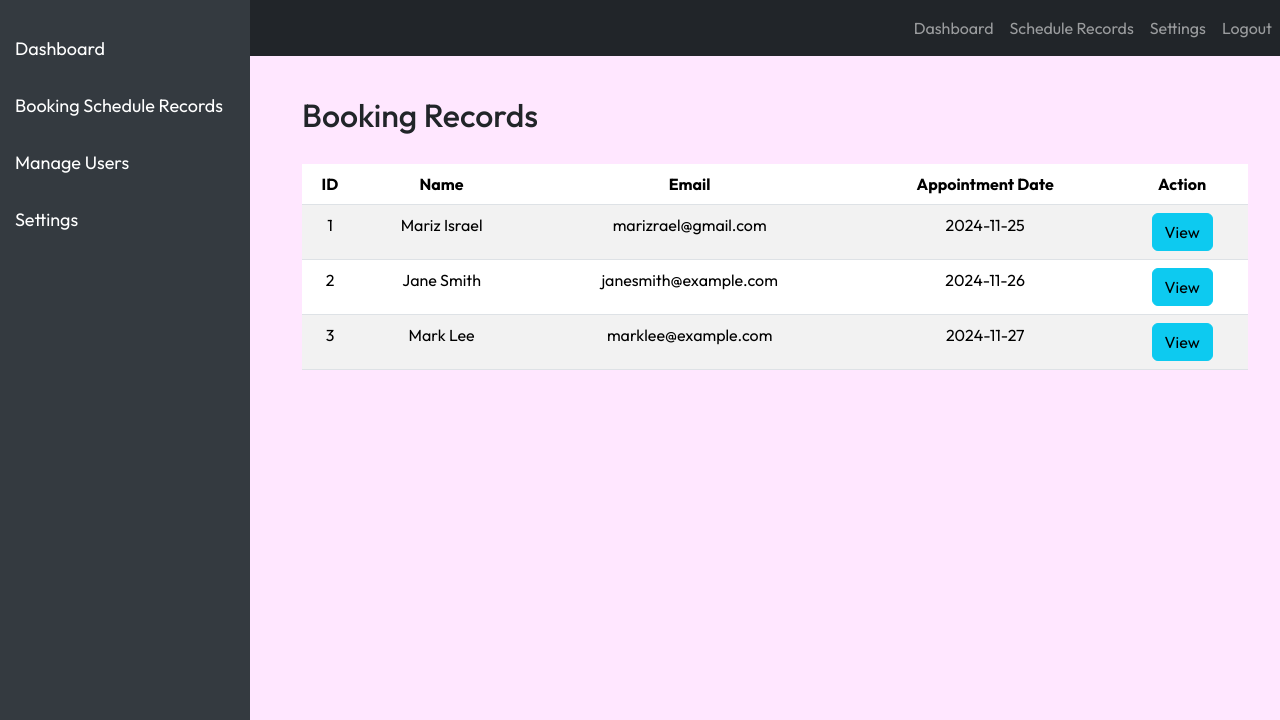
Repository: MeekSharkdev/SoleHub-School-Proj
Page: http://localhost/pages/user.php
An editor plug-in stored every save of this project. The page is shown before and after the next save, followed by the edit.
The browser window is 1280 px wide. The pictures show the whole page.
Some web fonts or font styles are not loaded; a fallback is used. The page is run by PHP 8.4 with error messages shown; the project is at /var/www/html/.

Above is the page before, as saved 2024-11-26 19:37:02.
Not found: pages/styles.css

### pages/user.php
<!DOCTYPE html>
<html lang="en">

<head>
  <meta charset="UTF-8">
  <meta name="viewport" content="width=device-width, initial-scale=1.0">
  <title>Solehub Admin Dashboard</title>
  <link rel="icon" type="image/x-icon" href="../asset/img/SOLEHUBS.png">
  <link href="https://cdn.jsdelivr.net/npm/bootstrap@5.3.2/dist/css/bootstrap.min.css" rel="stylesheet">
  <link rel="stylesheet" href="https://cdnjs.cloudflare.com/ajax/libs/font-awesome/6.5.1/css/all.min.css">
  <link rel="stylesheet" href="../asset/css/home.css">
  <link rel="stylesheet" href="styles.css?v=1.0.1">
  <style>
    @import url('https://fonts.googleapis.com/css2?family=Outfit:wght@100..900&family=Unbounded:wght@200..900&display=swap');
    body {
      font-family: 'Outfit', sans-serif;
    }
    .navbar {
      margin-bottom: 20px;
    }
    .sidebar {
      height: 100%;
      width: 250px;
      position: fixed;
      top: 0;
      left: 0;
      background-color: #343a40;
      padding-top: 20px;
    }
    .sidebar a {
      color: white;
      padding: 15px;
      text-decoration: none;
      font-size: 18px;
      display: block;
    }
    .sidebar a:hover {
      background-color: #575d63;
    }
    .main-content {
      margin-left: 270px;
      padding: 20px;
    }
    .table-responsive {
      margin-top: 30px;
    }
    .table th, .table td {
      text-align: center;
    }
    .container-img {
      text-align: center;
    }
  </style>
</head>

<body>
  <!-- Navigation Bar -->
  <nav class="navbar navbar-expand-lg navbar-dark bg-dark">
    <a class="navbar-brand" href="#">SoleHub Admin</a>
    <button class="navbar-toggler" type="button" data-bs-toggle="collapse" data-bs-target="#navbarNav" aria-controls="navbarNav" aria-expanded="false" aria-label="Toggle navigation">
      <span class="navbar-toggler-icon"></span>
    </button>
    <div class="collapse navbar-collapse" id="navbarNav">
      <ul class="navbar-nav ms-auto">
        <li class="nav-item">
          <a class="nav-link" href="#">Dashboard</a>
        </li>
        <li class="nav-item">
          <a class="nav-link" href="#">Schedule Records</a>
        </li>
        <li class="nav-item">
          <a class="nav-link" href="#">Settings</a>
        </li>
        <li class="nav-item">
          <a class="nav-link" href="#">Logout</a>
        </li>
      </ul>
    </div>
  </nav>

  <!-- Sidebar -->
  <div class="sidebar">
    <a href="#">Dashboard</a>
    <a href="#">Booking Schedule Records</a>
    <a href="#">Manage Users</a>
    <a href="#">Settings</a>
  </div>

  <!-- Main Content -->
  <div class="main-content">
    <div class="container">
      <h2>Booking Records</h2>
      <div class="table-responsive">
        <table class="table table-striped">
          <thead>
            <tr>
              <th>ID</th>
              <th>Name</th>
              <th>Email</th>
              <th>Appointment Date</th>
              <th>Action</th>
            </tr>
          </thead>
          <tbody>
            <tr>
              <td>1</td>
              <td>Mariz Israel</td>
              <td>marizrael@gmail.com</td>
              <td>2024-11-25</td>
              <td><button class="btn btn-info">View</button></td>
            </tr>
            <tr>
              <td>2</td>
              <td>Jane Smith</td>
              <td>janesmith@example.com</td>
              <td>2024-11-26</td>
              <td><button class="btn btn-info">View</button></td>
            </tr>
            <tr>
              <td>3</td>
              <td>Mark Lee</td>
              <td>marklee@example.com</td>
              <td>2024-11-27</td>
              <td><button class="btn btn-info">View</button></td>
            </tr>
          </tbody>
        </table>
      </div>
    </div>
  </div>

  <!-- Bootstrap JS -->
  <script src="https://cdn.jsdelivr.net/npm/bootstrap@5.3.2/dist/js/bootstrap.bundle.min.js"></script>
</body>

</html>

### asset/css/home.css
/* Google Font */
@import url("https://fonts.googleapis.com/css2?family=Poppins:wght@300;400;500;600;700&display=swap");
@import url('https://fonts.googleapis.com/css2?family=Outfit:wght@100..900&family=Unbounded:wght@200..900&display=swap');

/* Base css */
* {
  margin: 0;
  padding: 0;
  box-sizing: border-box;
}

:root {
    --color-primary: #364b6e;
    --color-white: #f5f7fa;
    --color-accent: #1a212f;
    --color-default:#7693ba;
    --bg-color:#cfd8e8;
    --hover-color:#415d88;
    --active-color:#364b6e;
    --font-color-text:#565360;
    --font-color-label:#908E9b;
    --font-family-header:'unbounded',sans-serif;
    --font-family-text:'poppins',sans-serif;
    --font-size-base: 18px;
    --font-size-large: 20px;
    --spacing-medium: 10px;
    --border-radius: 300px;
    --transition-fast: 0.2s ease-in-out;
}

.btn a {
    display: inline-block;
    justify-content: flex-start;
    background-color: var(--color-primary);
    color: var(--color-white);
    padding: var(--spacing-medium) var(--spacing-medium);
    font-size: 18px;
    text-decoration: none;
    border-radius: var(--border-radius);
    transition: background-color var(--transition-fast), transform var(--transition-fast);
    text-align: center;
    width: 150px;
    margin-left: -13px;
    margin-top: 15  px;
}

.btn a:hover {
    background-color: var(--color-accent);
    transform: scale(1.05);
}

.welcome-users {
    margin-top: 100px;
    font-size: 20px;
    color: var(--color-primary);
    margin-left: 4rem;
}

html {
  scroll-behavior: smooth;
  height: 0;
}

body {
  font-family: "Poppins", sans-serif;
  background: #ffe7ff;
  position: relative;
}

/* landing area CSS start */

/* landing area CSS end */

.clip{
  margin-top: 10em;
}

.clip-title h2{
  font-weight: lighter;
  font-size: 2rem;
  margin-left: 8px;
}

/* Brand Section Start */
.brand-section {
  padding: 70px 0;
  margin-top: 10em;
}

.brand-section .heading {
  position: relative;
}

.brand-section .heading::before {
  position: absolute;
  content: "";
  top: 100%;
  left: 50%;
  width: 5%;
  height: 3px;
  background: var(--color-primary);
  transform: translate(-50%, -50%);
  transition: 0.4s all ease-in-out;
  border-radius: 20px;
}

.brand-section:hover .heading::before {
  width: 15%;
  height: 5px;
}

.brand-section .heading h2 {
  font-weight: 300;
  text-align: center;
}

.brand-text h2 {
  font-size: 32px;
  font-weight: 500;
  font-family: var(--font-family-header);
}

.brand-text p {
  line-height: 1.8;
  word-spacing: 5px;
  width: fit-content;
  text-align: justify;
  margin-right: 20px;
  font-size: 18px;
  color: var(--font-color-text);
}

.brand-img img {
  border-radius: 10px 10px 100px 10px;
}
/* Brand Section End */

section.clip {
    width: 100%;
    height: auto;
}

.clip-title {
  font-size: 40px;
  font-weight: 300;
  margin-left: 6rem;
}

/* Shop Section Start */
.shop-section {
  margin-top: 10em;
}

.shop-section .heading {
  position: relative;
}

.shop-section .heading::before {
  position: absolute;
  content: "";
  top: 110%;
  left: 50%;
  width: 5%;
  height: 3px;
  background: var(--color-primary);
  transform: translate(-50%, -50%);
  transition: 0.4s all ease-in-out;
  border-radius: 20px;
}

.shop-section:hover .heading::before {
  width: 15%;
  height: 5px;
}

.shop-section .heading h2 {
  font-weight: 300;
  text-align: center;
}

.shop-section .card {
  -webkit-transition: all ease-in-out 0.2s;
  transition: all ease-in-out 0.2s;
  margin-bottom: 40px;
  border-radius: 16px;
  background: #e0e0e0;
  box-shadow:  11px 11px 19px #c7c7c7,
              -11px -11px 19px #f9f9f9;
}

.shop-section .card:hover {
  -webkit-box-shadow: 0 4px 8px 0 rgba(0, 0, 0, 0.2),
    0 6px 20px 0 rgba(0, 0, 0, 0.19);
  box-shadow: 0 4px 8px 0 rgba(0, 0, 0, 0.2), 0 6px 20px 0 rgba(0, 0, 0, 0.19);
  transform: scale(1.03);
}

.shop-section .card-content {
  background-color: transparent;
}

.shop-section .card-img {
  width: 100%;
  object-fit: cover;
}

.shop-section .card-img img {
  border-radius: 4px;
  height: 300px;
  width: 100%;
  object-fit: cover;
}

.shop-section .card-text {
  margin-top: 16px;
  margin-left: 8px;
  padding: 15px;
}

.shop-section .card-text h1 {
  font-size: 22px;
  font-weight: 400;
  margin: 0;
  white-space: nowrap;
  overflow: hidden;
  text-overflow: ellipsis;
  margin-bottom: 10px;
}

.shop-section .card-text h3 {
  font-size: 22px;
  color: var(--color-accent);
  margin: 0;
  padding: 5px 0;
  font-weight: normal;
  margin-top: 15px;
}

.shop-section .card-text h2 {
  font-style: italic;
  color: #ed6e34;
  font-family: var(--font-family-text);
  font-size: small;
}

.shop-section .card-text h5{
  color: var(--font-color-label);
  font-family: var(--font-family-text);
  font-size: medium;
  text-decoration: line-through;
  font-style: italic;
}

.shop-section .card-text p {
  color: var(--font-color-text);
  margin: 0;
  padding-bottom: 16px;
}

.shop-section .card-text a {
  background: #fff;
  color: #252525;
  outline: 1px solid var(--color-default);
  padding: 8px 20px;
  border-radius: 20px;
  display: inline-block;
  transition: all ease-in-out 0.2s;
  text-decoration: none;
  font-size: 15px;
  margin-bottom: 15px;
}

.shop-section .card-text a:hover {
  background: var(--color-accent);
  outline: 1px solid var(--active-color);
  color: #fff;
}
/* Shop Section End */

/* Reviews Section Start */
.review-section {
  padding: 50px 0;
  margin-top: 10em;
}

.review-section .heading {
  position: relative;
}

.review-section .heading::before {
  position: absolute;
  content: "";
  top: 110%;
  left: 50%;
  width: 5%;
  height: 3px;
  background: var(--color-primary);
  transform: translate(-50%, -50%);
  transition: 0.4s all ease-in-out;
  border-radius: 20px;
}

.review-section:hover .heading::before {
  width: 15%;
  height: 5px;
}

.review-section .heading h2 {
  font-weight: 300;
  text-align: center;
}

.review-section .review-content {
  padding: 16px;
  box-shadow: 0px 12px 12px -5px rgba(0,0,0,0.75);
  border-radius: 8px;
  -webkit-transition: all 0.2s ease-in-out;
  transition: all 0.2s ease-in-out;
}

.review-section .review-content:hover {
  -webkit-box-shadow: 0 4px 8px 0 rgba(0, 0, 0, 0.2),
    0 6px 20px 0 rgba(0, 0, 0, 0.19);
  box-shadow: 0 4px 8px 0 rgba(0, 0, 0, 0.2), 0 6px 20px 0 rgba(0, 0, 0, 0.19);
  transform: scale(1.01);
}

.review-section .review-content:hover .review-img {
  box-shadow: 0 10px 25px rgba(0, 0, 0, 0.25);
}

.review-section .review-content:hover .review-text {
  box-shadow: 0 10px 25px rgba(0, 0, 0, 0.25);
}

.review-section .review-img {
  width: 150px;
  height: 150px;
  border-radius: 50%;
  margin: 0 auto;
  -webkit-transition: all 0.2s ease-in-out;
  transition: all 0.2s ease-in-out;
}

.review-section .review-img img {
  width: 150px;
  height: 150px;
  border-radius: 50%;
}

.review-section .review-text {
  padding: 24px;
  text-align: center;
  background: var(--color-white);
  margin: -10px 0 0 0;
  border-radius: 8px;
  -webkit-transition: all 0.2s ease-in-out;
  transition: all 0.2s ease-in-out;
  background: var(--bg-color);
}

.review-section .review-text h5 {
  font-size: 24px;
  font-weight: 600;
}

.review-section .review-text h6 {
  font-size: 16px;
  font-weight: 600;
  color: var(--font-color-label);
}

.review-section .review-text p {
  margin-top: 14px;
}

.review-section .rating .fas {
  color: rgb(253, 180, 42);
}

/* Reviews Section End */
.b-membership {
  padding: 30px 30px;
  text-align: center;
  background-color: #ede734;
  font-weight: bold;
  margin-top: 5em;
}

.m-signup a {
  background-color: black;
  color: white;
  padding: 13px;
  border-radius: 5px;
  font-weight: 300;
  margin-left: 10px;
  font-size: 14px;
  text-decoration: none;
}

.m-signup a:hover {
  color: #ede734;
}

.b-membership button {
  margin-left: 20px;
  padding-left: 5px;
  background-color: #ede734;
  border: none;
  transition: transform 0.3s ease-in-out;
  cursor: pointer;
}

.b-membership button:hover {
  transform: scale(1.1);
}

/* Contact Section Start */

.contact-section {
  padding: 50px 0;
  margin-top: 10em;
}

.contact-section .heading {
  position: relative;
}

.contact-section .heading::before {
  position: absolute;
  content: "";
  top: 110%;
  left: 50%;
  width: 5%;
  height: 3px;
  background: var(--color-primary);
  transform: translate(-50%, -50%);
  transition: 0.4s all ease-in-out;
  border-radius: 20px;
}

.contact-section:hover .heading::before {
  width: 15%;
  height: 5px;
}

.contact-section .heading h2 {
  font-weight: 300;
  text-align: center;
}

.contact-section .contact-text h2 {
  font-weight: 300;
}

.contact-section .contact-text p {
  font-weight: normal;
  padding: 16px 0;
  text-align: justify;
}

.contact-section .social-link {
  display: flex;
  justify-content: space-around;
}

.contact-section .social-link i {
  font-size: 24px;
  cursor: pointer;
  height: 40px;
  width: 40px;
  line-height: 40px;
  text-align: center;
  border: 1px solid var(--color-primary);
  border-radius: 5px;
  transition: all 0.2s ease-in-out;
}

.contact-section .social-link i:hover {
  transform: scale(1.1);
  color: var(--color-primary);
}

.contact-section form h2 {
  text-align: end;
  font-weight: bold;
}

.contact-section form input:focus {
  outline: none;
  box-shadow: none;
  border: 1px solid var(--color-primary);
}

.contact-section form button {
  background-color: transparent;
  border: 1px solid var(--color-primary);
  color: #252525;
}

.contact-section form button:hover {
  background-color: var(--color-primary);
  border: 1px solid var(--color-primary);
  color: var(--color-white);
}

/* Contact Section End */

/* Media Query */
@media (max-width: 991px) {
  /* Header CSS */
  .header-top {
    justify-content: center;
  }
  .header-top .logo {
    display: none;
  }

  .header-area .navbar-brand {
    display: block;
  }

  .navbar-area .nav-item:nth-child(5) {
    margin-left: 0px;
    display: inherit;
  }

  .review-section .review-content {
    margin-bottom: 20px;
  }

  .contact-section form {
    margin-top: 32px;
  }
  .contact-section form h2 {
    text-align: start;
    font-weight: bold;
  }
}

@media (max-width: 575px) {
  .hero-area h1 {
    font-size: 50px;
  }

  /* Brand CSS */

  .brand-img {
    margin-top: 10px;
  }
}

@media (max-width: 372px) {
  .header-top ul li a {
    margin-left: 10px;
  }
  .hero-area h1 {
    font-size: 40px;
  }
  .shop-section .card-text h1 {
    font-size: 17px;
  }
  .shop-section .card-text h3 {
    font-size: 20px;
  }
  .shop-section .card-text a {
    padding: 8px 15px;
  }
}

After the next save:
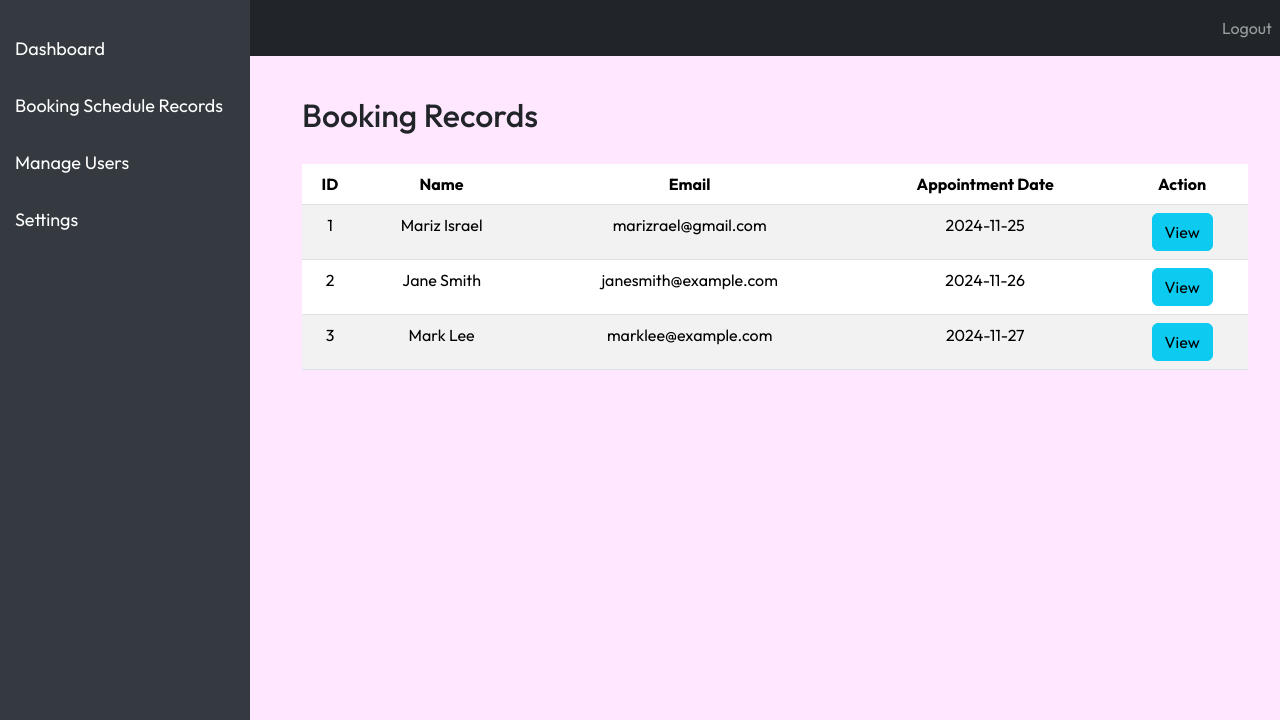
Saved 46 s later.
--- a/pages/user.php
+++ b/pages/user.php
@@ -63,15 +63,6 @@
     <div class="collapse navbar-collapse" id="navbarNav">
       <ul class="navbar-nav ms-auto">
         <li class="nav-item">
-          <a class="nav-link" href="#">Dashboard</a>
-        </li>
-        <li class="nav-item">
-          <a class="nav-link" href="#">Schedule Records</a>
-        </li>
-        <li class="nav-item">
-          <a class="nav-link" href="#">Settings</a>
-        </li>
-        <li class="nav-item">
           <a class="nav-link" href="#">Logout</a>
         </li>
       </ul>
